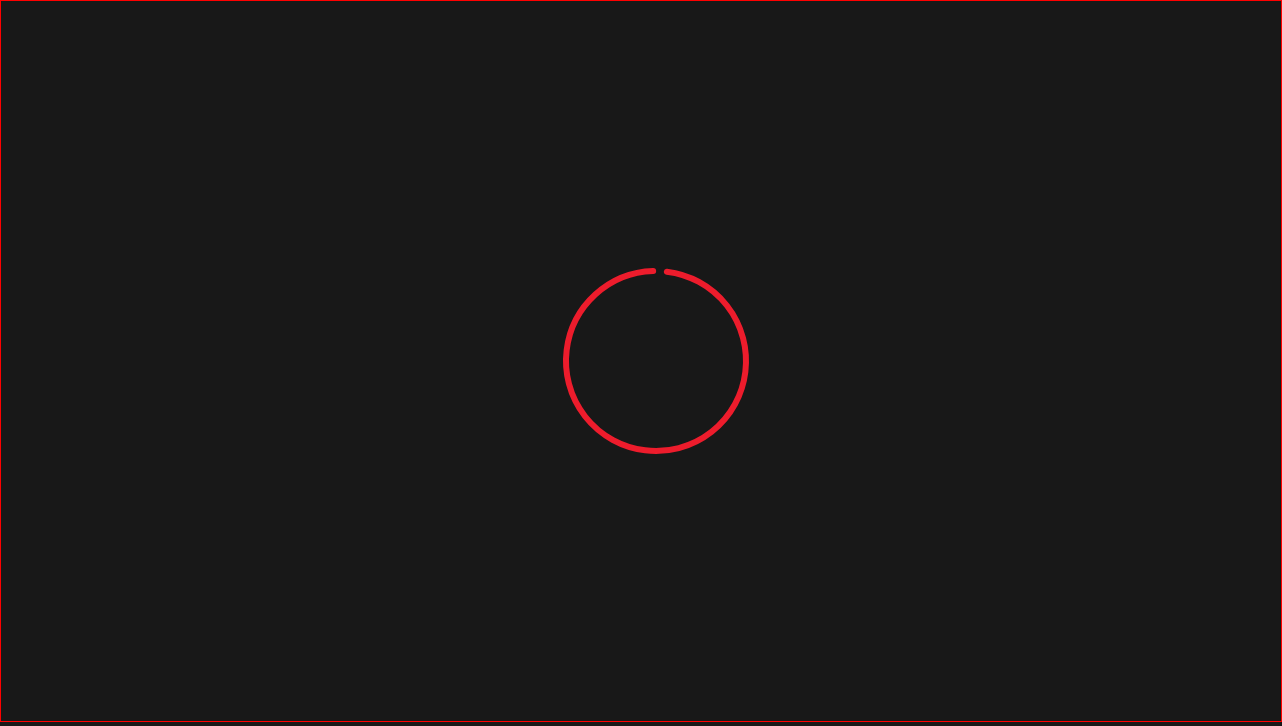
Repository: randy918/chris-canvas-52323
Page: index.html
These files come from the project's save history. The page is drawn as it stood at one moment and after the next save; the edit follows.
The browser window is 1280 px wide. The page is 1282 px wide, so the pictures cover 1282 px, including what lies to the right of the window. The pictures show the whole page.
The style sheet was rebuilt from its Sass, Less or Tailwind sources for each picture, by a compiler version that may differ from the author's.

Above is the page before, as saved 2023-05-28 16:28:23.

### index.html
<!DOCTYPE html>
<html lang="en">
	<head>
		<meta charset="UTF-8" />
		<meta http-equiv="X-UA-Compatible" content="IE=edge" />
		<meta
			name="viewport"
			content="width=device-width, initial-scale=1.0"
		/>
		<link
			rel="stylesheet"
			href="css/main.css"
			<script
			src="https://ajax.googleapis.com/ajax/libs/jquery/3.6.3/jquery.min.js"
			defer
		/>

		<title>Canvas Resize</title>
	</head>

	<body>
		<canvas></canvas>

		<script src="js/myfunctions.js"></script>
		<script src="js/canvas.js"></script>
	</body>
</html>

<!-- ca1f26ba6eb2ba4fb641257b39d3bea7 -->

### js/myfunctions.js
//todo   function r(min, max)  Random integers, can be just 'max'
//todo   function getTime()--works! it is 72519.1414 format
//todo   function getCompleteDate()
//todo   function getMinute()
//todo   function getHour()
//todo   function getHour00()
//todo   function get24Hour()
//todo   function get24Hour00()
//todo   function getDay()
//todo   function getDay00()
//todo   function getMonth()
//todo   function getMonth00()
//todo   function getYear()
//todo   function getYear00()
//todo   function t()    eternal timestamp long number
//todo   function placeText(myIdClass, text)   unsure if it works?
//todo   function placeText2(myIdClass, text)   unsure if it works?
//todo   function getText(myIdClass)....brings whole line incl. tags
//todo   function getInnerText(myIdClass)
//todo   function getOuterText(myIdClass)
//todo   function addClass(myIdClass, newClass)
//todo   function removeClass(myIdClass, removeClass)
//todo   function changeBackgroundColor(myIdClass, color)
//todo   function changeTypeColor(myIdClass, color)
//todo   function changeTypeSize(myIdClass, size)
//todo   function addCSSText(myIdClass, text)



function r(min, max) {
  // 2.0, accepts single value for 1-x
  if (max === undefined) {
    max = min;
    min = 1;
  }
  const randomNumber = min - 1 + Math.ceil(Math.random() * (max + 1 - min));
  return randomNumber;
}
// may not be a real function
function getTime() {
  var today = new Date();
  var codeMonth = today.getMonth() + 1;
  var codeDay = today.getDate();
  if (codeDay < 10) {
    codeDay = "0" + codeDay;
  }
  var codeMinute = today.getMinutes();
  var codeHour = today.getHours();
  if (codeMinute < 10) {
    codeMinute = "0" + codeMinute;
  }
  if (codeHour < 10) {
    codeHour = "0" + codeHour;
  }
  var codeYear = today.getFullYear() - 2000;
  var dateTime =
    codeMonth + "" + codeDay + "" + codeYear + "." + codeHour + "" + codeMinute;
  // document.getElementById(`timeStamp`).innerHTML = dateTime;
  t = setTimeout(function () {
    getTime();
  }, 30000);
  return dateTime;
}

function getCompleteDate() {
  const today = new Date();
  return today;
}

function getMinute() {
  const today = new Date();
  const codeMinute = today.getMinutes();
  if (codeMinute < 10) {
    codeMinute = "0" + codeMinute;
  }
  return codeMinute;
}

function getMinute00() {
  const today = new Date();
  let codeMinute = today.getMinutes();
  if (codeMinute < 10) {
    codeMinute = "0" + codeMinute;
  }
  return codeMinute;
}

function getHour() {
  const today = new Date();
  let codeHour = today.getHours();
  if (codeHour > 12) {
    codeHour = codeHour - 12;
  }
  return codeHour;
}

function getAmPm() {
  let amPm = "am";
  const today = new Date();
  let codeHour = today.getHours();
  if (codeHour > 12) {
    amPm = "pm";
  }
  return amPm;
}

function getHour00() {
  const today = new Date();
  const codeHour = today.getHours();
  if (codeHour > 12) {
    codeHour = codeHour - 12;
  }
  if (codeHour < 10) {
    codeHour = "0" + codeHour;
  }
  return codeHour;
}

function get24Hour() {
  const today = new Date();
  const codeHour = today.getHours();
  return codeHour;
}

function get24Hour00() {
  const today = new Date();
  const codeHour = today.getHours();
  if (codeHour < 10) {
    codeHour = "0" + codeHour;
  }
  return codeHour;
}

function getDayVerbal() {
  const today = new Date();
  const codeDay = today.getDay() + 1;
  return theDay[codeDay];
}

function getDay00() {
  const today = new Date();
  const codeDay = today.getDate();
  if (codeDay < 10) {
    codeDay = "0" + codeDay;
  }
  return codeDay;
}

function getDay() {
  const today = new Date();
  const codeDay = today.getDate();
  return codeDay;
}

function getMonthVerbal() {
  const today = new Date();
  const codeMonth = today.getMonth() + 1;
  return theMonth[codeMonth];
}

function getMonth00() {
  const today = new Date();
  const codeMonth = today.getMonth() + 1;
  if (codeMonth < 10) {
    codeMonth = "0" + codeMonth;
  }
  return codeMonth;
}

function getMonth() {
  const today = new Date();
  const codeMonth = today.getMonth() + 1;
  return codeMonth;
}

function getYear00() {
  const today = new Date();
  const codeYear = today.getYear() - 100;
  if (codeYear < 10) {
    codeMYear = "0" + codeYear;
  }
  return codeYear;
}

function getYear() {
  const today = new Date();
  const codeYear = today.getYear() + 1900;
  return codeYear;
}

function t() {
  const now = new Date();
  eventTimestamp = now.getTime();
  // c(eventTimestamp);
  return eventTimestamp;
}
//    !  72419.1659 DOM MANIPULATION
//!
//!  placeText   element name, and text to put there--runs loosely?

function placeText(myIdClass, text) {
  const myElement = document.querySelector(myIdClass);
  myElement.innerText = text;
}
//    the function is longer than the original
// $(myIdClass).text(text)   <---works
function placeText2(myIdClass, text) {
  $(myIdClass).text(text);
}
function getText(myIdClass) {
  return document.querySelector(myIdClass);
}

function getInnerText(myIdClass) {
  return document.querySelector(myIdClass).innerHTML;
}

function getOuterText(myIdClass) {
  return document.querySelector(myIdClass).outerHTML;
}

function addClass(myIdClass, newClass) {
  document.querySelector(myIdClass).classList.add(newClass);
}

function removeClass(myIdClass, removeClass) {
  document.querySelector(myIdClass).classList.remove(removeClass);
}
// not sure what this one is for now
function containsClass(myIdClass, containsClass) {
  document.querySelector(myIdClass).classList.contains(containsClass);
}
// above, can switch and toggle  also  mmtuts YOUTUBE 29-31 USING JAVASCRIPT
function changeBackgroundColor(myId, color) {
  document.getElementById(myId).style.background = color;

  // document.querySelector(myIdClass).style.backgroundColor = color;
}

function changeTypeColor(myIdClass, color) {
  document.querySelector(myIdClass).style.color = color;
}

function changeTypeSize(myIdClass, size) {
  document.querySelector(myIdClass).style.fontSize = size;
}

function addCSSText(myIdClass, text) {
  document.querySelector(myIdClass).style.cssText = text;
}

//!  72519.1714    Common Basic VARIABLE ARRAYS
var theDay = new Array(
  "Zero",
  "Sunday",
  "Monday",
  "Tuesday",
  "Wednesday",
  "Thursday",
  "Friday",
  "Saturday"
);
var theDayMin3 = new Array(
  "Zero",
  "Sun.",
  "Mon.",
  "Tues.",
  "Wed.",
  "Thurs.",
  "Fri.",
  "Sat."
);
var theDayMin2 = new Array("Zero", "S", "M", "Tu", "W", "Th", "F", "S");
var theDayMin1 = new Array("Zero", "S", "M", "T", "W", "T", "F", "S");
var theMonth = new Array(
  "Zero",
  "January",
  "February",
  "March",
  "April",
  "May",
  "June",
  "July",
  "August",
  "September",
  "October",
  "November",
  "December"
);
var theMonthMin = new Array(
  "Zero",
  "Jan.",
  "Feb.",
  "Mar.",
  "Apr.",
  "May",
  "June",
  "July",
  "Aug.",
  "Sept.",
  "Oct.",
  "Nov.",
  "Dec."
);

function showDateTimeFormat() {
  const today = new Date();
  const formattedDate = new Intl.DateTimeFormat("en-US").format(today);
  const consoleFunctioningMessage = `
Console functioning: ${getDayVerbal()}, ${getMonthVerbal()} ${getDay()} at ${getHour()}:${getMinute00()}${getAmPm()}
  `;
  return consoleFunctioningMessage;
}
showDateTimeFormat();

console.log(`%c${showDateTimeFormat()}`, "font-size: 20px; color: gray");

//console.log("%cThis is a default font style", "color: blue; font-size: 20px");

### js/canvas.js
//!  INIT

const init = function () {
	main();
};

window.onload = function () {
	init();
};

//!  MAIN================================================================================

const main = function () {
	//!  10123.1609  variables

	//* establish 2d canvas
	const canvas = document.querySelector("canvas");
	canvas.width = window.innerWidth;
	canvas.height = window.innerHeight;
	const c = canvas.getContext("2d");

	//* center of screen X Y
	let centerX = canvas.width / 2;
	let centerY = canvas.height / 2;

	//* object x y = location X Y
	let x = centerX;
	let y = centerY;

	//* object dx dy = velocity X Y
	let dx = 0.05;
	let dy = 0.05;

	//* default stroke
	const STROKEWIDTH = 6;
	let strokeWidth = STROKEWIDTH;

	//!  10123.1609 LIBRARY============================================================

	const c_Animate = function () {
		c.clearRect(0, 0, innerWidth, innerHeight);

		requestAnimationFrame(c_Animate);

		c_Circle(centerX, centerY, 90);

		centerX += dx;
	};

	const c_Circle = function (centerX, centerY, size) {
		c.strokeStyle = "#ed1c2c";
		c.lineWidth = strokeWidth;
		c.lineCap = "round";
		c.beginPath();
		c.arc(centerX, centerY, size, -1.45, 1.49 * Math.PI);
		c.stroke();
	};

	const c_Fill = function (color, size) {
		c.fillStyle = color;
	};

	//!  BODY =========================================================================

	c_Animate();
};

//!  123122.1839  END

### css/main.scss
$colors: (
    bg: rgba(55, 66, 76, 1),
    theGreen: rgba(0, 173, 43, 1),
    theRed: rgba(194, 47, 51, 1),
    theOrange: rgba(255, 103, 0, 1),
    theRodeoPink: #f1a1a4,
    theRodeoBlue: #7f86b0,
    theYellow: rgb(221, 172, 94),
    theGray: rgb(78, 92, 107),
    theBackground: rgba(241, 227, 214, 1),
    theDarkGray: rgba(43, 50, 56, 1),
    theBrown: rgba(101, 42, 36, 1),
    bitByBitRed: rgba(240, 44, 80, 1),
    bitByBitBlue: rgba(0, 79, 136, 1),
    bitByBitBlonde: rgba(241, 227, 214, 1),
    bbb2-TranquilSea: rgba(188, 199, 203, 1),
    bbb2-RedMyMind: rgba(143, 57, 56, 1),
    bbb2-SnowyPine: rgba(226, 223, 216, 1),
    bbb2-Basswood: rgba(188, 166, 142, 1),
    bbb2-CompassBlue: rgba(51, 66, 87, 1),
    f1: rgba(237, 28, 44, 1),
    f2: rgba(240, 87, 35, 1),
    f3: rgba(242, 203, 21, 1),
    f4: rgba(5, 181, 0, 1),
    f5: rgba(0, 29, 150, 1),
    f6: rgba(50, 50, 50, 1),
    f7: rgba(36, 36, 36, 1),
    f8: rgba(24, 24, 24, 1),
);

@function getColor($color-name) {
    @return map-get($colors, $color-name);
}

* {
    box-sizing: border-box;
    border: none;
}

body {
    color: getColor(bbb2-TranquilSea);
    background: getColor(f8);
    margin: 0;
}

h1 {
}

#inputValue {
    width: 40vw;
    font-size: 2vw;
    outline: none;
}

#search {
    color: beige;
    background-color: getColor(theDarkGray);
    outline: none;
    font-size: 2vw;
}

canvas {
    border: 1px solid red;
}

After the next save:
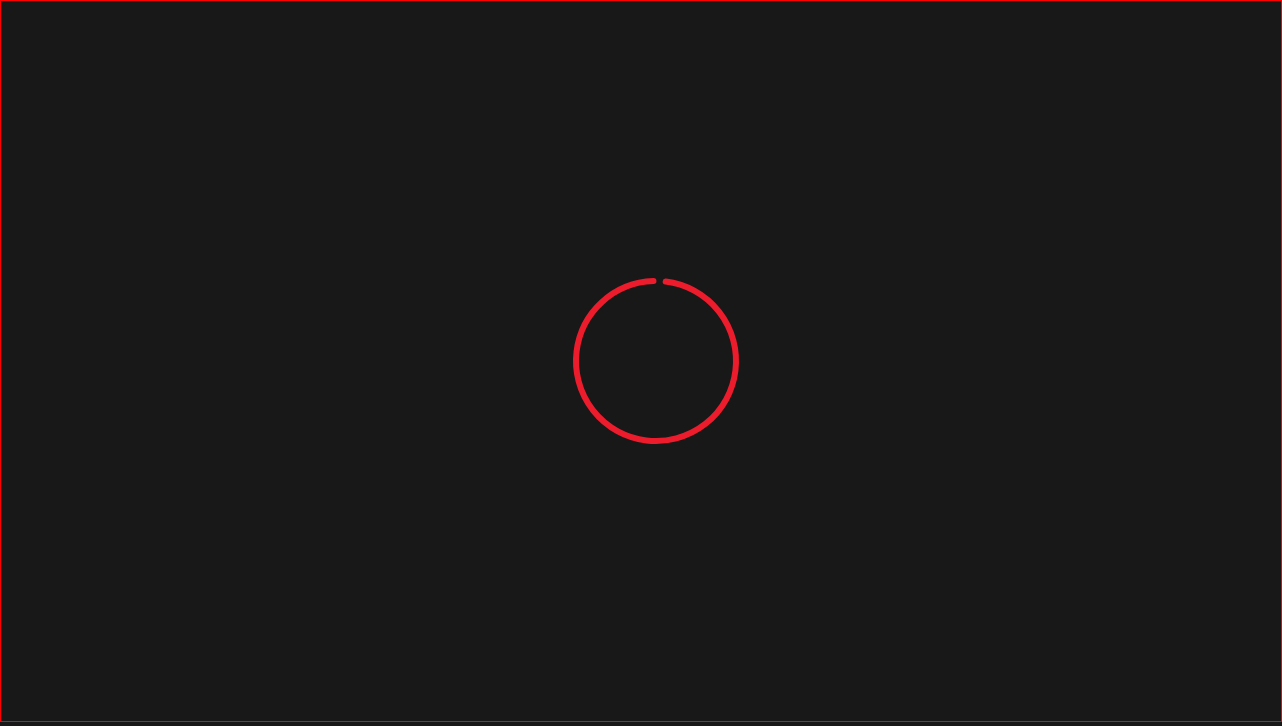
Saved 95 s later.
--- a/js/canvas.js
+++ b/js/canvas.js
@@ -42,7 +42,7 @@
 
 		requestAnimationFrame(c_Animate);
 
-		c_Circle(centerX, centerY, 90);
+		c_Circle(centerX, centerY, 80);
 
 		centerX += dx;
 	};
